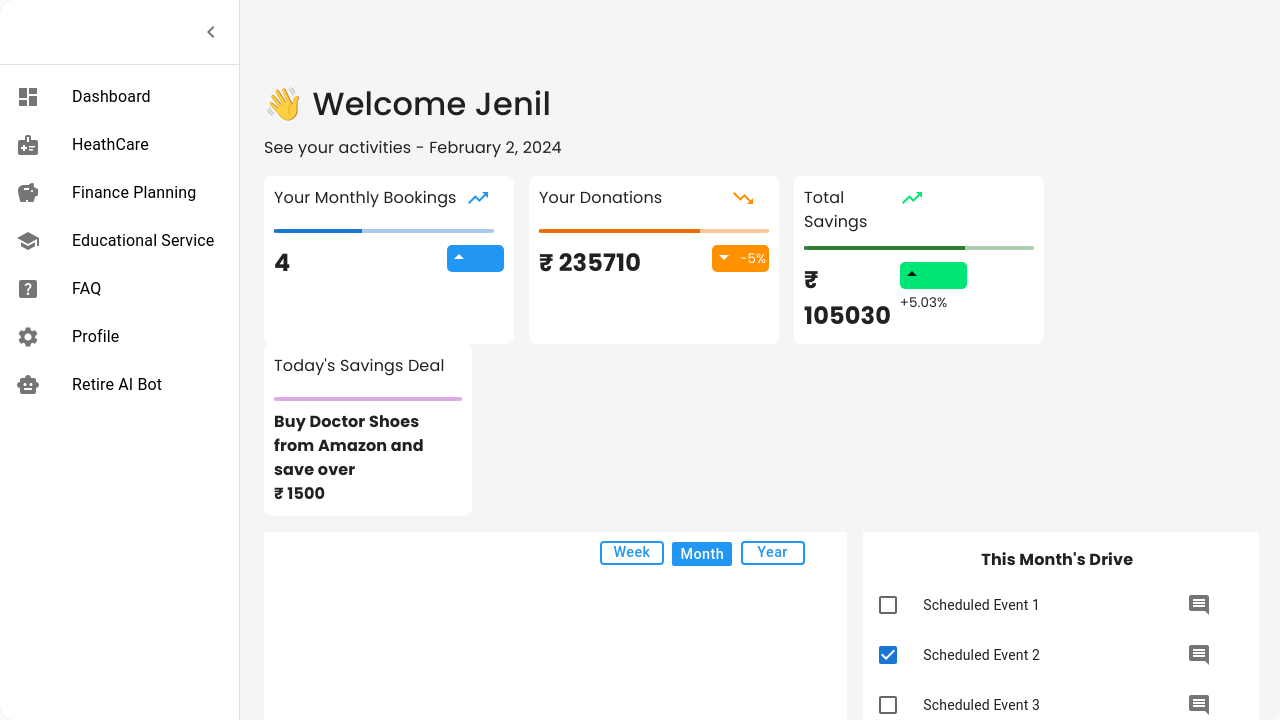
Repository: shubhampirate/Google_Solutions_Edural
Page: /dashboard
The author's editor kept a copy of each file at every save. The page is drawn from the files as they stood at one save, then again after the next save.
The browser window is 1280 px wide. The pictures show the whole page.
The page's requests for data from a server got no answer. An inner scrolling area shows only its first screen. The project was rebuilt for these pictures with package versions that can differ from the ones it lists, and the page was loaded fresh each time. Some packages were replaced by stand-ins written for this rebuild. No one was signed in, and anything a server would have sent is missing. Also part of the build but not shown: src/Components/CustomButton.jsx, src/Components/Navbar.jsx, src/Components/Footer.jsx, src/Components/CongratsCard.jsx, src/pages/Hero/Hero.jsx, src/pages/Sign_in.jsx.

Above is the page before, as saved 2024-02-03 17:32:11.

After the next save:
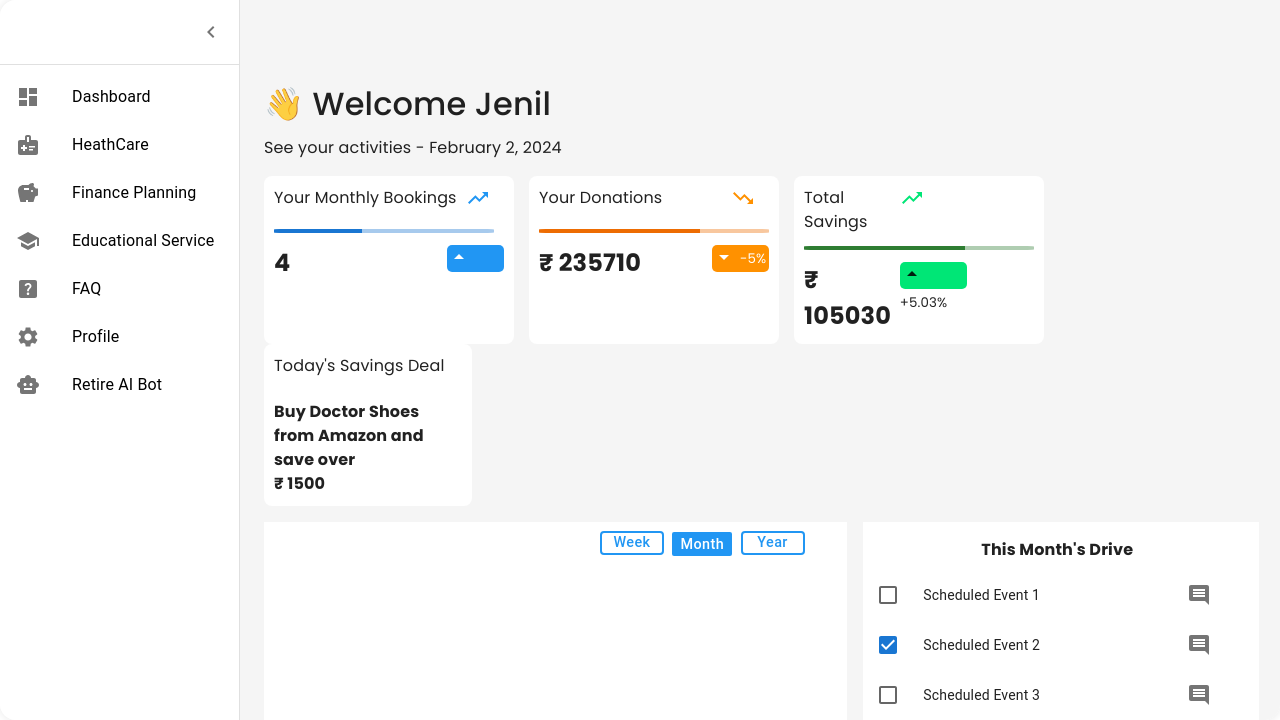
Saved 29 s later.
--- a/src/pages/Dashboard/Dashboard.jsx
+++ b/src/pages/Dashboard/Dashboard.jsx
@@ -385,7 +385,7 @@ export default function Dashboard() {
               <Grid container spacing={2}>
                 <Grid item xs={12}>Today's Savings Deal</Grid>
                 <Grid item xs={12}>
-                  <LinearProgress variant="determinate" value={0} color='secondary' sx={{ borderRadius: "10%", margin: "3px 0px" }} />
+                  {/* <LinearProgress variant="determinate" value={0} color='secondary' sx={{ borderRadius: "10%", margin: "3px 0px" }} /> */}
                 </Grid>
                 <Grid item xs={12} sx={{ fontWeight: "550", marginTop: "-10px" }}>Buy Doctor Shoes from Amazon and save over <br />₹ 1500</Grid>
               </Grid>
